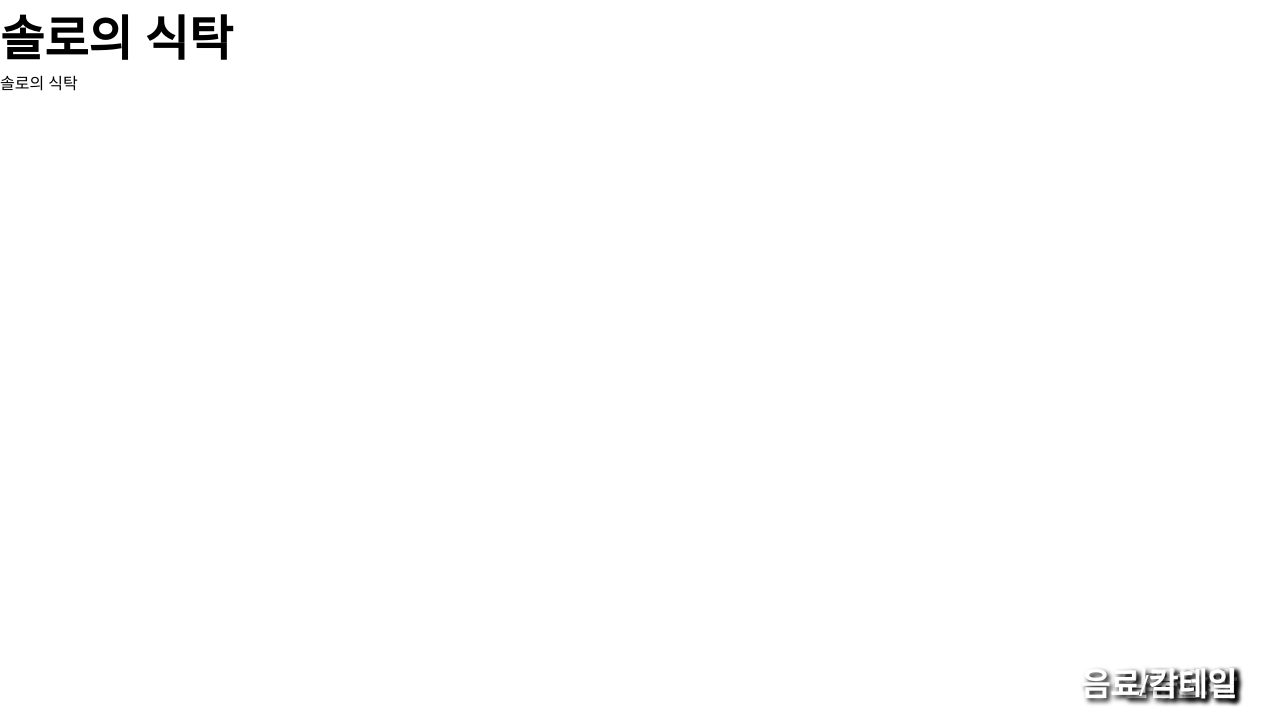
Repository: b1996om/HTML-CSS_study
Page: pro09/public/kimbom_1.html
These files come from the project's save history. The page is drawn as it stood at one moment and after the next save; the edit follows.
The browser window is 1280 px wide. The pictures show the whole page.

Above is the page before, as saved 2022-12-09 07:29:58.

### pro09/public/kimbom_1.html
<!DOCTYPE html>
<html lang="ko">
<head>
	<meta charset="utf-8">
	<title>솔로의 식탁</title>
	<link rel="stylesheet" href="css/style-result.css">
</head>
<body>
	<div id="con">
		<header>
			<h1>솔로의 식탁</h1>
		</header>
		<section class="menus">
			<div class="menu1">
				<h2>밥/죽</h2>
			</div>
			<div class="menu2">
				<h2>국/찌개</h2>
			</div>
			<div class="menu3">
				<h2>반찬</h2>
			</div>
			<div class="menu4">
				<h2>일품요리</h2>
			</div>
			<div class="menu5">
				<h2>음료/칵테일</h2>
			</div>
		</section>
		<section class="notice">

		</section>
		<footer>
			<p>솔로의 식탁</p>
		</footer>
	</div>
</body>
</html>

### pro09/public/css/style-result.css
@charset "utf-8";

* {
	margin:0;
	padding:0;
	box-sizing:border-box;
}
#con {
	width:100%;
}
header {
	width:100%;
}
header h1 {
	font-size:3em;
}
.menus {
	width:100%;
}
.munus > div {
	position:relative;
	height:400px;
	border:1px solid black;
	margin-bottom:15px;
}
.menu1, .menu2, .menu3, .menu4, .menu5 {
	width:100%;
}
.menus h2 {
	position:absolute;
	padding:5px;
	font-size:2em;
	color:white;
	text-shadow:3px 3px 5px black;
	right:3%;
	bottom:10px;
}
.menu1 {
	background:url("../images/dish1.jpg") no-repeat center;
	background-size:100% 100%;
}
.menu2 {
	background:url("../images/dish2.jpg") no-repeat center;
	background-size:100% 100%;
}
.menu3 {
	background:url("../images/dish3.jpg") no-repeat center;
	background-size:100% 100%;
}
.menu4 {
	background:url("../images/dish4.jpg") no-repeat center;
	background-size:100% 100%;
}
.menu5 {
	background:url("../images/dish5.jpg") no-repeat center;
	background-size:100% 100%;
}

After the next save:
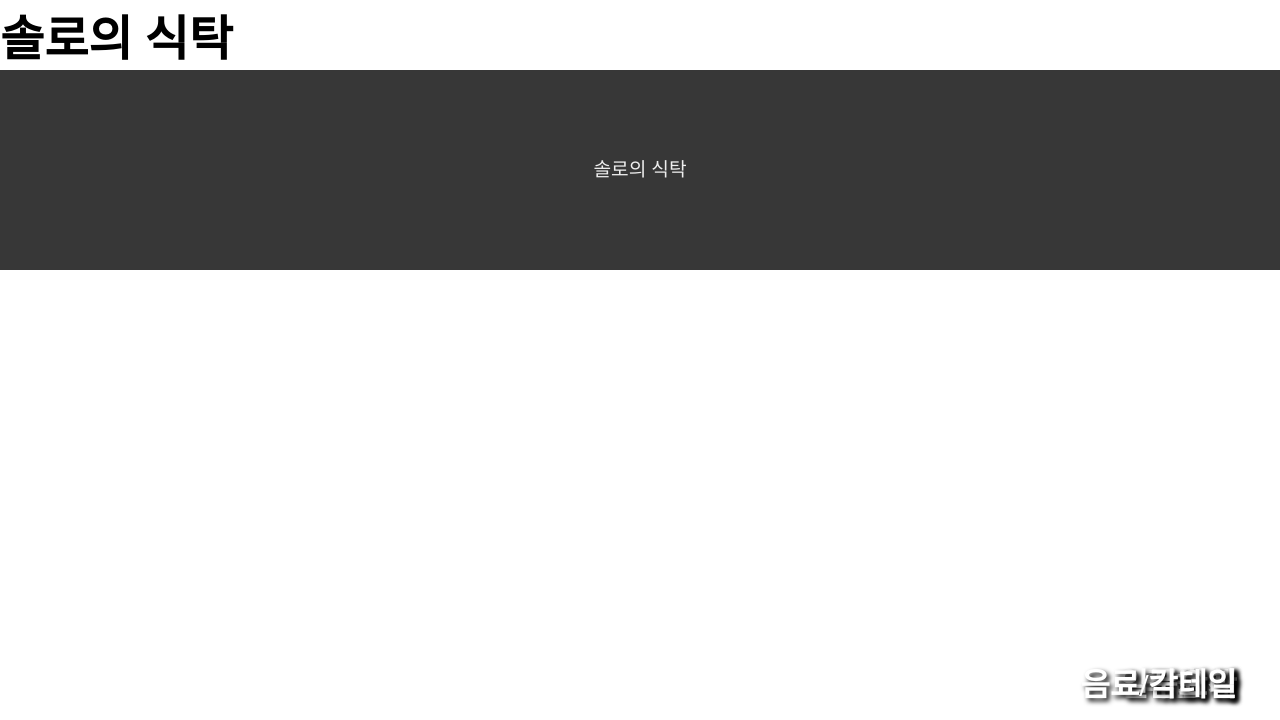
Saved 5 min 11 s later.
--- a/pro09/public/css/style-result.css
+++ b/pro09/public/css/style-result.css
@@ -55,3 +55,14 @@ header h1 {
 	background:url("../images/dish5.jpg") no-repeat center;
 	background-size:100% 100%;
 }
+footer {
+	width:100%;
+	background:#373737;
+	height:200px;
+}
+footer p {
+	font-size:1.2em;
+	color:#eee;
+	text-align:center;
+	line-height:200px;
+}
